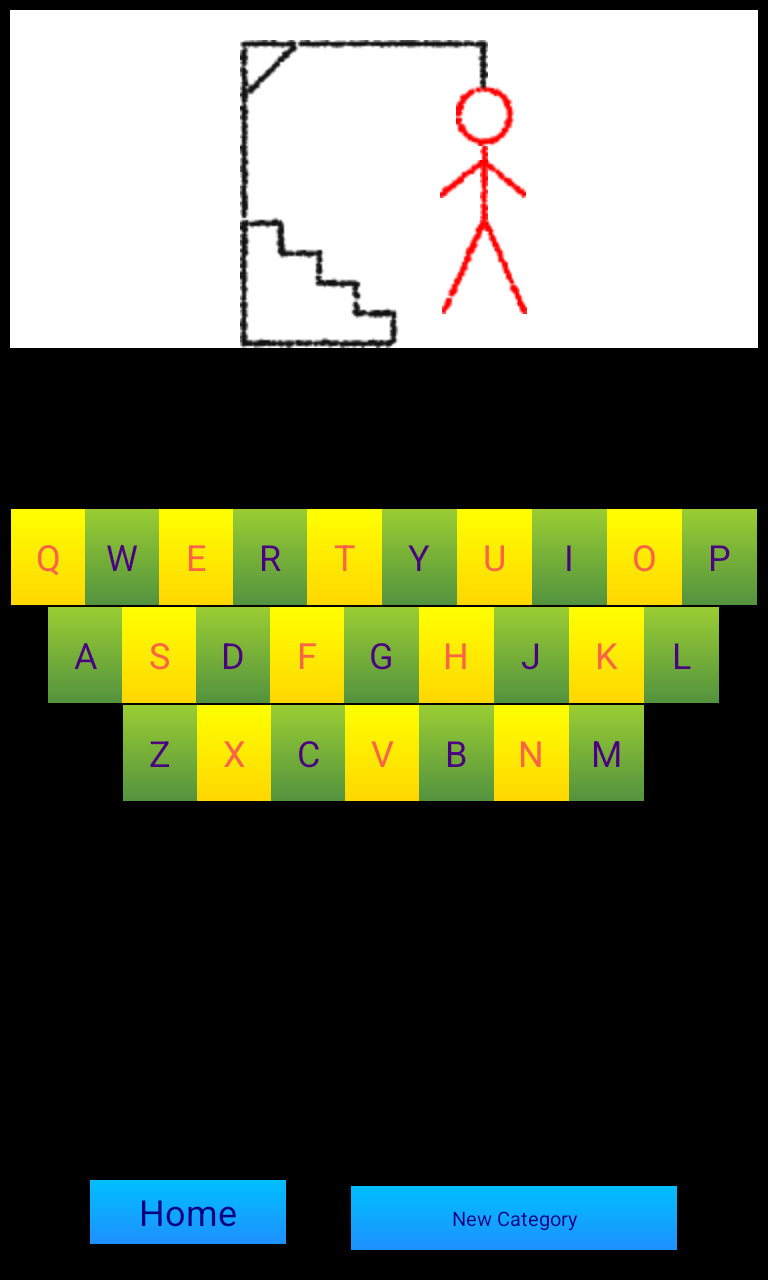
Repository: SarahDowlath/TriniHangman
Layout: workspace3/Trini-Hangman/res/layout/game.xml
The author's editor kept a copy of each file at every save. The layout is drawn from the files as they stood at one save, then again after the next save.
It is drawn on a 768 x 1280 px phone screen (xhdpi) without system bars, with theme AppTheme; the app's code is not run.

Above is the layout before, as saved 2014-07-24 00:13:03.

### workspace3/Trini-Hangman/res/layout/game.xml
<LinearLayout xmlns:android="http://schemas.android.com/apk/res/android"
    xmlns:tools="http://schemas.android.com/tools"
    android:id="@+id/LinearLayoutFinal"
    android:layout_width="match_parent"
    android:layout_height="fill_parent"
    android:layout_gravity="bottom"
    android:layout_marginBottom="0dp"
    android:background="#FF000000"
    android:gravity="center"
    android:orientation="vertical"
    android:padding="5dp"
    android:paddingBottom="@dimen/activity_vertical_margin"
    android:paddingLeft="@dimen/activity_horizontal_margin"
    android:paddingRight="@dimen/activity_horizontal_margin"
    android:paddingTop="@dimen/activity_vertical_margin" >

    <RelativeLayout
        android:id="@+id/hangmanGallows"
        android:layout_width="fill_parent"
        android:layout_height="wrap_content"
        android:background="#FFFFFF"
        android:gravity="center"
        android:visibility="visible"
        android:paddingTop = "15dp">

        <ImageView
            android:id="@+id/imageView2"
            android:layout_width="wrap_content"
            android:layout_height="wrap_content"
            android:contentDescription="@string/gallows"
            android:paddingLeft="0dp"
            android:paddingTop="0dp"
            android:src="@drawable/android_hangman_gallows" />



        <ImageView
            android:id="@+id/body"
            android:layout_width="wrap_content"
            android:layout_height="wrap_content"
            android:contentDescription="@string/body"
            android:paddingLeft="120dp"
            android:paddingTop="53dp"
            android:src="@drawable/android_hangman_body" />

        <ImageView
            android:id="@+id/arm1"
            android:layout_width="wrap_content"
            android:layout_height="wrap_content"
            android:contentDescription="@string/arm"
            android:paddingLeft="100dp"
            android:paddingTop="60dp"
            android:src="@drawable/android_hangman_arm1" />

        <ImageView
            android:id="@+id/arm2"
            android:layout_width="wrap_content"
            android:layout_height="wrap_content"
            android:contentDescription="@string/arm"
            android:paddingLeft="120dp"
            android:paddingTop="60dp"
            android:src="@drawable/android_hangman_arm2" />

        <ImageView
            android:id="@+id/leg1"
            android:layout_width="wrap_content"
            android:layout_height="wrap_content"
            android:contentDescription="@string/leg"
            android:paddingLeft="101dp"
            android:paddingTop="90dp"
            android:src="@drawable/android_hangman_leg1" />

        <ImageView
            android:id="@+id/head"
            android:layout_width="wrap_content"
            android:layout_height="wrap_content"
            android:layout_alignLeft="@+id/imageView2"
            android:layout_alignTop="@+id/imageView2"
            android:layout_weight="1"
            android:contentDescription="@string/head"
            android:paddingLeft="108dp"
            android:paddingTop="23dp"
            android:src="@drawable/android_hangman_head" />

        <ImageView
            android:id="@+id/leg2"
            android:layout_width="wrap_content"
            android:layout_height="wrap_content"
            android:layout_alignBottom="@+id/leg1"
            android:layout_alignParentLeft="true"
            android:contentDescription="@string/leg"
            android:paddingLeft="121dp"
            android:paddingTop="90dp"
            android:src="@drawable/android_hangman_leg2" />

    </RelativeLayout>

    <LinearLayout
        android:id="@+id/secretWord"
        android:layout_width="match_parent"
        android:layout_height="80dp" >

        <TextView
            android:id="@+id/secretTextView"
            android:layout_width="match_parent"
            android:layout_height="54dp"
            android:gravity="center"
            android:textColor="#FC0000"
            android:textSize="26sp"
            android:textStyle="bold" />
    </LinearLayout>

         <LinearLayout
             android:id="@+id/letterLayout1"
             android:layout_alignBottom="@+id/secretTextView"
             android:layout_width="match_parent"
             android:layout_height="wrap_content"
             android:gravity="center_horizontal"
             android:orientation="horizontal"
             android:padding="0.5dp"
             android:textSize="22sp"
             android:weightSum="10" >

        <Button
            android:id="@+id/buttonQ"
            android:layout_width="0dp"
            android:layout_height="fill_parent"
            android:layout_weight="1"
            android:background="@drawable/buttonletterstyle"
            android:onClick="clickLetter"
            android:text="@string/button_letter_q"
            android:textColor="@drawable/lettercolor" />


         <Button
            android:id="@+id/buttonW"
            android:layout_weight="1"
            android:layout_height="fill_parent"
            android:layout_width="0dp"
            android:onClick="clickLetter"
            android:text="@string/button_letter_w"
            android:background="@drawable/buttonletterstyle1"
            android:textColor = "@drawable/lettercolor1"
         />


         <Button
            android:id="@+id/buttonE"
            android:layout_weight="1"
            android:layout_height="fill_parent"
            android:layout_width="0dp"
            android:onClick="clickLetter"
            android:text="@string/button_letter_e"
            android:background="@drawable/buttonletterstyle"
            android:textColor = "@drawable/lettercolor"
         />

         <Button
            android:id="@+id/buttonR"
            android:layout_weight="1"
            android:layout_height="fill_parent"
            android:layout_width="0dp"
            android:onClick="clickLetter"
            android:text="@string/button_letter_r"
            android:background="@drawable/buttonletterstyle1"
            android:textColor = "@drawable/lettercolor1"
         />

         <Button
            android:id="@+id/buttonT"
            android:layout_weight="1"
            android:layout_height="fill_parent"
            android:layout_width="0dp"
            android:onClick="clickLetter"
            android:text="@string/button_letter_t"
            android:background="@drawable/buttonletterstyle"
            android:textColor = "@drawable/lettercolor"
         />

         <Button
            android:id="@+id/buttonY"
            android:layout_weight="1"
            android:layout_height="fill_parent"
            android:layout_width="0dp"
            android:onClick="clickLetter"
            android:text="@string/button_letter_y"
            android:background="@drawable/buttonletterstyle1"
            android:textColor = "@drawable/lettercolor1"
         />

         <Button
            android:id="@+id/buttonU"
            android:layout_weight="1"
            android:layout_height="fill_parent"
            android:layout_width="0dp"
            android:onClick="clickLetter"
            android:text="@string/button_letter_u"
            android:background="@drawable/buttonletterstyle"
            android:textColor = "@drawable/lettercolor"
         />


         <Button
            android:id="@+id/buttonI"
            android:layout_weight="1"
            android:layout_height="fill_parent"
            android:layout_width="0dp"
            android:onClick="clickLetter"
            android:text="@string/button_letter_i"
            android:background="@drawable/buttonletterstyle1"
            android:textColor = "@drawable/lettercolor1"
         />


         <Button
            android:id="@+id/buttonO"
            android:layout_weight="1"
            android:layout_height="fill_parent"
            android:layout_width="0dp"
            android:onClick="clickLetter"
            android:text="@string/button_letter_o"
            android:background="@drawable/buttonletterstyle"
            android:textColor = "@drawable/lettercolor"
         />

         <Button
            android:id="@+id/buttonP"
            android:layout_weight="1"
            android:layout_height="fill_parent"
            android:layout_width="0dp"
            android:onClick="clickLetter"
            android:text="@string/button_letter_p"
            android:background="@drawable/buttonletterstyle1"
            android:textColor = "@drawable/lettercolor1"
         />
    </LinearLayout>

    <LinearLayout
        android:id="@+id/letterLayout2"
        android:layout_width="match_parent"
        android:layout_height="wrap_content"
        android:gravity="center_horizontal"
        android:orientation="horizontal"
        android:padding="0.5dp"
        android:textSize="22sp"
        android:weightSum="10" >

        <Button
            android:id="@+id/buttonA"
            android:layout_weight="1"
            android:layout_height="fill_parent"
            android:layout_width="0dp"
            android:onClick="clickLetter"
            android:text="@string/button_letter_a"
            android:background="@drawable/buttonletterstyle1"
            android:textColor = "@drawable/lettercolor1"
         />

         <Button
             android:id="@+id/buttonS"
             android:layout_width="0dp"
             android:layout_height="fill_parent"
             android:layout_weight="1"
             android:background="@drawable/buttonletterstyle"
             android:onClick="clickLetter"
             android:text="@string/button_letter_s"
             android:textColor="@drawable/lettercolor" />

         <Button
            android:id="@+id/buttonD"
            android:layout_weight="1"
            android:layout_height="fill_parent"
            android:layout_width="0dp"
            android:onClick="clickLetter"
            android:text="@string/button_letter_d"
            android:background="@drawable/buttonletterstyle1"
            android:textColor = "@drawable/lettercolor1"
         />

         <Button
            android:id="@+id/buttonF"
            android:layout_weight="1"
            android:layout_height="fill_parent"
            android:layout_width="0dp"
            android:onClick="clickLetter"
            android:text="@string/button_letter_f"
            android:background="@drawable/buttonletterstyle"
            android:textColor = "@drawable/lettercolor"
         />

         <Button
            android:id="@+id/buttonG"
            android:layout_weight="1"
            android:layout_height="fill_parent"
            android:layout_width="0dp"
            android:onClick="clickLetter"
            android:text="@string/button_letter_g"
            android:background="@drawable/buttonletterstyle1"
            android:textColor = "@drawable/lettercolor1"
         />

         <Button
            android:id="@+id/buttonH"
            android:layout_weight="1"
            android:layout_height="fill_parent"
            android:layout_width="0dp"
            android:onClick="clickLetter"
            android:text="@string/button_letter_h"
            android:background="@drawable/buttonletterstyle"
            android:textColor = "@drawable/lettercolor"
         />

         <Button
            android:id="@+id/buttonJ"
            android:layout_weight="1"
            android:layout_height="fill_parent"
            android:layout_width="0dp"
            android:onClick="clickLetter"
            android:text="@string/button_letter_j"
            android:background="@drawable/buttonletterstyle1"
            android:textColor = "@drawable/lettercolor1"
         />

         <Button
            android:id="@+id/buttonK"
            android:layout_weight="1"
            android:layout_height="fill_parent"
            android:layout_width="0dp"
            android:onClick="clickLetter"
            android:text="@string/button_letter_k"
            android:background="@drawable/buttonletterstyle"
            android:textColor = "@drawable/lettercolor"
         />

         <Button
            android:id="@+id/buttonL"
            android:layout_weight="1"
            android:layout_height="fill_parent"
            android:layout_width="0dp"
            android:onClick="clickLetter"
            android:text="@string/button_letter_l"
            android:background="@drawable/buttonletterstyle1"
            android:textColor = "@drawable/lettercolor1"
         />
    </LinearLayout>

    <LinearLayout
        android:id="@+id/letterLayout3"
        android:layout_width="match_parent"
        android:layout_height="wrap_content"
        android:gravity="center_horizontal"
        android:orientation="horizontal"
        android:padding="0.5dp"
        android:textSize="22sp"
        android:weightSum="10" >

        <Button
            android:id="@+id/buttonZ"
            android:layout_weight="1"
            android:layout_height="fill_parent"
            android:layout_width="0dp"
            android:onClick="clickLetter"
            android:text="@string/button_letter_z"
            android:background="@drawable/buttonletterstyle1"
            android:textColor = "@drawable/lettercolor1"
         />
         <Button
            android:id="@+id/buttonX"
            android:layout_weight="1"
            android:layout_height="fill_parent"
            android:layout_width="0dp"
            android:onClick="clickLetter"
            android:text="@string/button_letter_x"
            android:background="@drawable/buttonletterstyle"
            android:textColor = "@drawable/lettercolor"
         />

         <Button
            android:id="@+id/buttonC"
            android:layout_weight="1"
            android:layout_height="fill_parent"
            android:layout_width="0dp"
            android:onClick="clickLetter"
            android:text="@string/button_letter_c"
            android:background="@drawable/buttonletterstyle1"
            android:textColor = "@drawable/lettercolor1"
         />

         <Button
            android:id="@+id/buttonV"
            android:layout_weight="1"
            android:layout_height="fill_parent"
            android:layout_width="0dp"
            android:onClick="clickLetter"
            android:text="@string/button_letter_v"
            android:background="@drawable/buttonletterstyle"
            android:textColor = "@drawable/lettercolor"
         />

         <Button
            android:id="@+id/buttonB"
            android:layout_weight="1"
            android:layout_height="fill_parent"
            android:layout_width="0dp"
            android:onClick="clickLetter"
            android:text="@string/button_letter_b"
            android:background="@drawable/buttonletterstyle1"
            android:textColor = "@drawable/lettercolor1"
         />

         <Button
            android:id="@+id/buttonN"
            android:layout_weight="1"
            android:layout_height="fill_parent"
            android:layout_width="0dp"
            android:onClick="clickLetter"
            android:text="@string/button_letter_n"
            android:background="@drawable/buttonletterstyle"
            android:textColor = "@drawable/lettercolor"
         />

         <Button
            android:id="@+id/buttonM"
            android:layout_weight="1"
            android:layout_height="fill_parent"
            android:layout_width="0dp"
            android:onClick="clickLetter"
            android:text="@string/button_letter_m"
            android:background="@drawable/buttonletterstyle1"
            android:textColor = "@drawable/lettercolor1"
         />

    </LinearLayout>

    <LinearLayout
        android:id="@+id/FinalLayout"
        android:layout_width="match_parent"
        android:layout_height="80dp"
        android:layout_marginBottom="2dp"
        android:layout_weight="0.75"
        android:gravity="center_horizontal"
        android:orientation="horizontal"
        android:padding="2dp"
        android:textSize="14sp"
        android:weightSum="7" >

        <Button
            android:id="@+id/buttonHome"
            android:layout_width="98dp"
            android:layout_height="32dp"
            android:layout_gravity="bottom|center_horizontal"
            android:layout_marginBottom="3dp"
            android:background="@drawable/buttonnextonestyle"
            android:onClick="goHome"
            android:layout_centerHorizontal="true"
        	android:layout_centerInParent="true"
            android:text="@string/button_go_home"
            android:textColor="@drawable/nextonecolor" />

        <TextView
            android:layout_width="0dp"
            android:layout_height="0dp"
            android:layout_weight="1.5" />

        <Button
            android:id="@+id/buttonchangeCategory"
            android:layout_width="120dp"
            android:layout_height="32dp"
            android:layout_gravity="bottom|left|center_horizontal"
            android:layout_marginBottom="3dp"
            android:layout_weight="2"
            android:background="@drawable/buttonnextonestyle"
            android:onClick="selectAnotherCategory"
            android:layout_centerHorizontal="true"
       		android:layout_centerInParent="true"
            android:text="@string/button_change_cat"
            android:textColor="@drawable/nextonecolor"
            android:textSize="10sp" />

    </LinearLayout>

</LinearLayout>

### workspace3/Trini-Hangman/res/values/strings.xml
<?xml version="1.0" encoding="utf-8"?>
<resources>

    <string name="app_name">Trini-Hangman</string>
    <string name="hello_world">Hello world!</string>
    <string name="action_settings">Settings</string>
    <string name="gallows">The Gallows</string>
	<string name="head">The Head</string>
	<string name="body">The Body</string>
	<string name="arm">An Arm</string>
	<string name="leg">A Leg</string>
	<string name="button_food_category">Food</string>
    <string name="button_music_category">Music</string>
    <string name="button_sports_category">Sports</string>

    <string name="about_text">

	Test30 Local version of Hangman is a fun way to learn the culture and history of Trinidad and Tobago.

	TriniHangman allows you to select a category from a list and the secret word to be guessed will appear.

	You are presented with all the letters from the alphabet.

	If you guess a letter that is part of the word, the word is redisplayed with all instances of that letter shown in the correct positions, along with any letters correctly guessed on previous turns.

	For every letter guessed wrong, a bit more of the hangman is exposed.

	You have 6 tries to correctly guess the word. Good luck!

	Enjoy!

        </string>


    <string name="about_title"> About Trini-Hangman </string>




    <string name="button_letter_a">A</string>
    <string name="button_letter_b">B</string>
    <string name="button_letter_c">C</string>
    <string name="button_letter_d">D</string>
    <string name="button_letter_e">E</string>
    <string name="button_letter_f">F</string>
    <string name="button_letter_g">G</string>
    <string name="button_letter_h">H</string>
    <string name="button_letter_i">I</string>
    <string name="button_letter_j">J</string>
    <string name="button_letter_k">K</string>
    <string name="button_letter_l">L</string>
    <string name="button_letter_m">M</string>
    <string name="button_letter_n">N</string>
    <string name="button_letter_o">O</string>
    <string name="button_letter_p">P</string>
    <string name="button_letter_q">Q</string>
    <string name="button_letter_r">R</string>
    <string name="button_letter_s">S</string>
    <string name="button_letter_t">T</string>
    <string name="button_letter_u">U</string>
    <string name="button_letter_v">V</string>
    <string name="button_letter_w">W</string>
    <string name="button_letter_x">X</string>
    <string name="button_letter_y">Y</string>
    <string name="button_letter_z">Z</string>
    <string name="button_go_home">Home</string>
    <string name="button_change_cat">New Category</string>

</resources>

### workspace3/Trini-Hangman/res/drawable/buttonletterstyle.xml
<?xml version="1.0" encoding="utf-8"?>
<selector xmlns:android="http://schemas.android.com/apk/res/android">
    <item android:state_pressed="true" >
        <shape>
            <solid
                android:color="#FFD700"/>
        </shape>
    </item> <!-- pressed -->
    <item android:state_enabled="false" >
        <shape>
            <solid
                android:color= "#708090"/>
        </shape>
    </item> <!-- disabled -->
    <item>
        <shape>
            <gradient
                android:startColor="#FFFF00"
                android:endColor="#FFD700"
                android:angle="270" />
        </shape>
    </item> <!-- default -->
</selector>

### workspace3/Trini-Hangman/res/drawable/lettercolor.xml
<?xml version="1.0" encoding="utf-8"?>
<selector xmlns:android="http://schemas.android.com/apk/res/android">
    <item android:state_pressed="true" android:color = "#FFFC0000" /> <!-- pressed -->
    <item android:state_enabled="false" android:color="#FFC0C0C0" />
    <item android:color="#FFFF6347"/>
</selector>

### workspace3/Trini-Hangman/res/drawable/buttonletterstyle1.xml
<?xml version="1.0" encoding="utf-8"?>
<selector xmlns:android="http://schemas.android.com/apk/res/android">
    <item android:state_pressed="true" >
        <shape>
            <solid
                android:color="#53933f"/>
        </shape>
    </item> <!-- pressed -->
    <item android:state_enabled="false" >
        <shape>
            <solid
                android:color= "#708090"/>
        </shape>
    </item> <!-- disabled -->
    <item>
        <shape>
            <gradient
                android:startColor="#9ACD32"
                android:endColor="#53933f"
                android:angle="270" />
        </shape>
    </item> <!-- default -->
</selector>

### workspace3/Trini-Hangman/res/drawable/lettercolor1.xml
<?xml version="1.0" encoding="utf-8"?>
<selector xmlns:android="http://schemas.android.com/apk/res/android">
    <item android:state_pressed="true" android:color = "#FFFC0000" /> <!-- pressed -->
    <item android:state_enabled="false" android:color="#FFC0C0C0" />
    <item android:color="#FF4B0082"/>
</selector>

### workspace3/Trini-Hangman/res/drawable/buttonnextonestyle.xml
<?xml version="1.0" encoding="utf-8"?>
<selector xmlns:android="http://schemas.android.com/apk/res/android">
    <item android:state_pressed="true" >
        <shape>
            <solid
                android:color="#1E90FF"/>
        </shape>
    </item> <!-- pressed -->
    <item android:state_enabled="false" >
        <shape>
            <solid
                android:color= "#708090"/>
        </shape>
    </item> <!-- disabled -->
    <item>
        <shape>
            <gradient
                android:startColor= "#00BFFF"
                android:endColor="#1E90FF"
                android:angle="270" />
        </shape>
    </item> <!-- default -->
</selector>

### workspace3/Trini-Hangman/res/drawable/nextonecolor.xml
<?xml version="1.0" encoding="utf-8"?>
<selector xmlns:android="http://schemas.android.com/apk/res/android">
    <item android:state_pressed="true" android:color = "#FFF0F8FF" /> <!-- pressed -->
    <item android:state_enabled="false" android:color="#FFC0C0C0" />
    <item android:color="#FF000080"	/>
</selector>

Loaded but not shown: workspace3/Trini-Hangman/res/values/styles.xml (common file); workspace3/Trini-Hangman/res/values-v11/styles.xml (common file); workspace3/Trini-Hangman/res/values-v14/styles.xml (common file); workspace3/Trini-Hangman/res/values/dimens.xml (common file); workspace3/Trini-Hangman/res/values-w820dp/dimens.xml (common file)

After the next save:
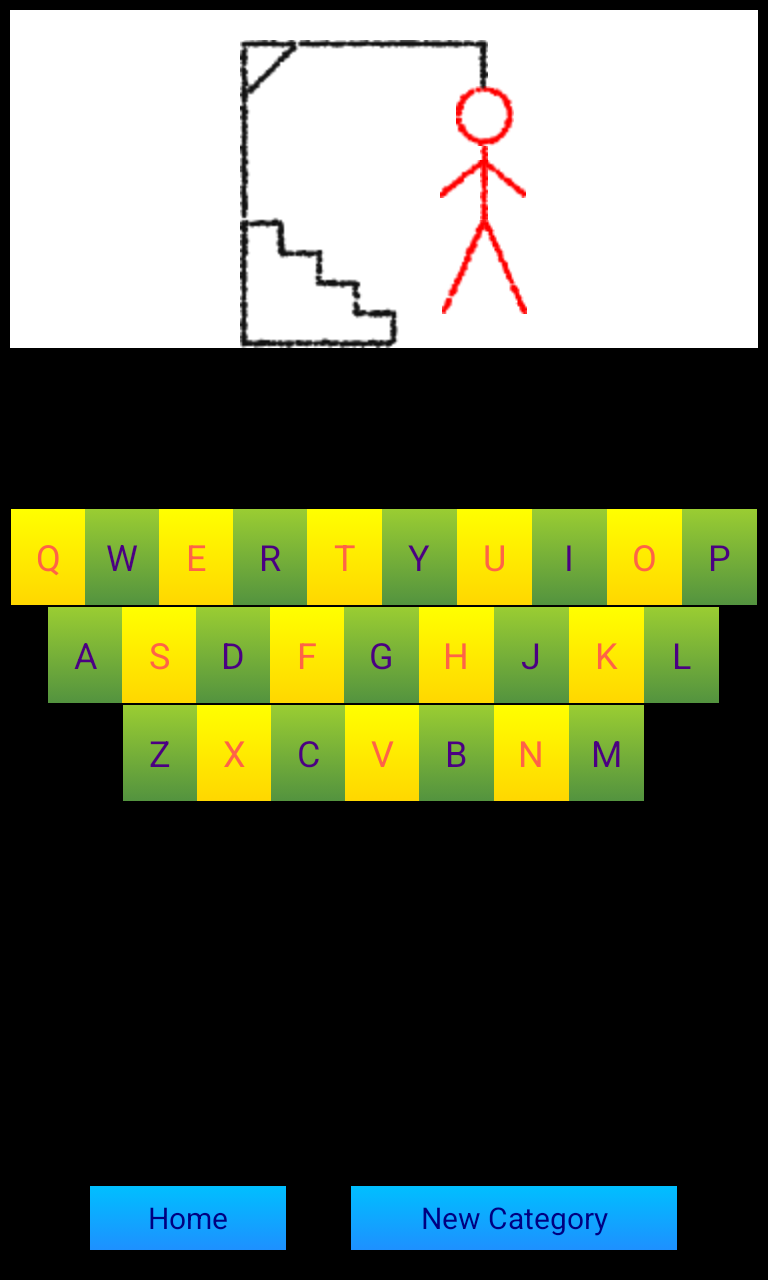
Saved 97 s later.
--- a/workspace3/Trini-Hangman/res/layout/game.xml
+++ b/workspace3/Trini-Hangman/res/layout/game.xml
@@ -455,7 +455,8 @@
             android:layout_centerHorizontal="true"
         	android:layout_centerInParent="true"
             android:text="@string/button_go_home"
-            android:textColor="@drawable/nextonecolor" />
+            android:textColor="@drawable/nextonecolor"
+            android:textSize="15sp" />
 
         <TextView
             android:layout_width="0dp"
@@ -466,16 +467,16 @@
             android:id="@+id/buttonchangeCategory"
             android:layout_width="120dp"
             android:layout_height="32dp"
+            android:layout_centerHorizontal="true"
+            android:layout_centerInParent="true"
             android:layout_gravity="bottom|left|center_horizontal"
             android:layout_marginBottom="3dp"
             android:layout_weight="2"
             android:background="@drawable/buttonnextonestyle"
             android:onClick="selectAnotherCategory"
-            android:layout_centerHorizontal="true"
-       		android:layout_centerInParent="true"
             android:text="@string/button_change_cat"
             android:textColor="@drawable/nextonecolor"
-            android:textSize="10sp" />
+            android:textSize="15sp" />
 
     </LinearLayout>
 
